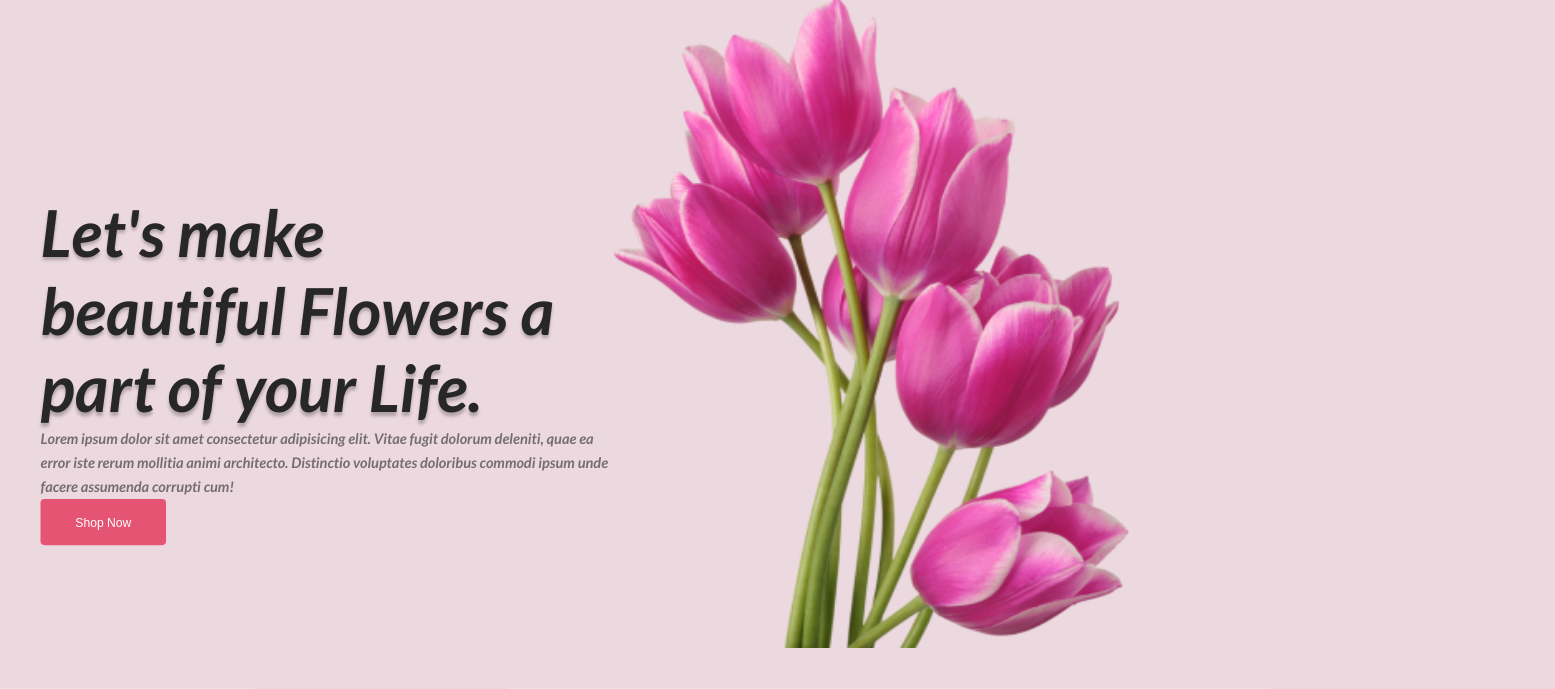
Repository: AnitaAkter/anita-flower-shop
Page: index.html
The author's editor kept a copy of each file at every save. The page is drawn from the files as they stood at one save, then again after a run of saves.
The browser window is 1280 px wide. The page is 1920 px wide, so the pictures cover 1920 px, including what lies to the right of the window. The pictures show the whole page, at 81% of full size.

Above is the page before, as saved 2023-09-04 20:40:19.

### index.html
<!DOCTYPE html>
<html lang="en">

<head>
    <meta charset="UTF-8">
    <meta http-equiv="X-UA-Compatible" content="IE=edge">
    <meta name="viewport" content="width=device-width, initial-scale=1.0">
    <title>Anita's Flower Shop</title>
    <link rel="preconnect" href="https://fonts.googleapis.com">
<link rel="preconnect" href="https://fonts.gstatic.com" crossorigin>
<link href="https://fonts.googleapis.com/css2?family=Lato:ital,wght@1,700&display=swap" rel="stylesheet">
    <link rel="stylesheet" href="style.css">
</head>

<body>
    <div>
        <header>
            <div class="header-intro">
                <h1>Let's make <br> beautiful Flowers a <br>part of your Life.</h1>
                <p>Lorem ipsum dolor sit amet consectetur adipisicing elit. Vitae fugit dolorum deleniti, quae ea error
                    iste rerum mollitia animi architecto. Distinctio voluptates doloribus commodi ipsum unde facere
                    assumenda corrupti cum!</p>
                <button class="header-btn">Shop Now</button>
            </div>
            <div class="header-pic">
                <img src="images/pngwing 6.png" alt="">
            </div>
        </header>

    </div>
</body>

</html>

### style.css
* {
    margin: 0;
    padding: 0;
    box-sizing: border-box;
}

body {
    font-family: 'Lato', sans-serif;
    font-weight: 900;
}

header {
    display: flex;
    background-color: hsl(342, 34%, 89%);
    width: 1920px;
    height: 850px;
}

.header-intro {
    margin-top: 80px;
    margin-left: 50px;
    width: 708px;
    height: 506px;

}

.header-intro h1 {
    color: #272727;
    text-shadow: 0px 4px 4px rgba(0, 0, 0, 0.25);
    font-family: Lato;
    font-size: 80px;
    font-style: normal;
    font-weight: 800;
    line-height: normal;
    width: 708px;
    height: 288px;
    margin-top: 158px;
    margin-left: ;
}

.header-intro p {
    color: rgba(39, 39, 39, 0.60);
    font-family: Lato;
    font-size: 18px;
    font-style: normal;
    font-weight: 400;
    line-height: 30px;
    /* 166.667% */
}

.header-btn {
    background-color: #E55473;
    border-radius: 5px;
    border: none;

    color: white;
    font-size: 15px;
    display: inline-flex;
    padding: 20px 43px;
    align-items: flex-start;
    gap: 10px;

}

.header-pic {
    width: 635px;
    height: 800px;
    margin-bottom: 0%;
    margin-right: auto;

}


.header-pic img {
    width: 635px;
    height: 800px;
}

After the next 3 saves:
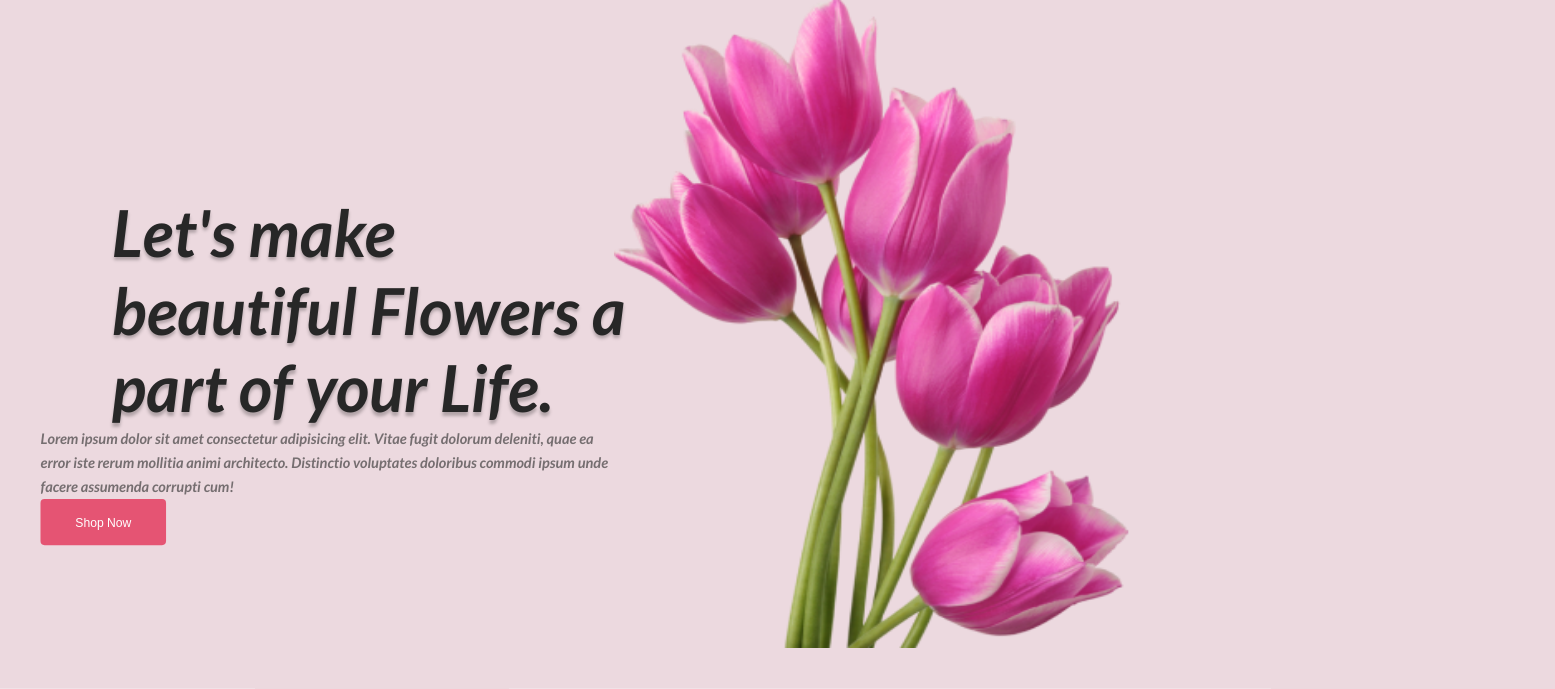
The 3 saves are shown as one change because they came seconds apart.
The last was saved 13 s later.
--- a/style.css
+++ b/style.css
@@ -35,7 +35,8 @@ header {
     width: 708px;
     height: 288px;
     margin-top: 158px;
-    margin-left: ;
+    margin-left: 88px;
+    margin-bottom: ;
 }
 
 .header-intro p {
